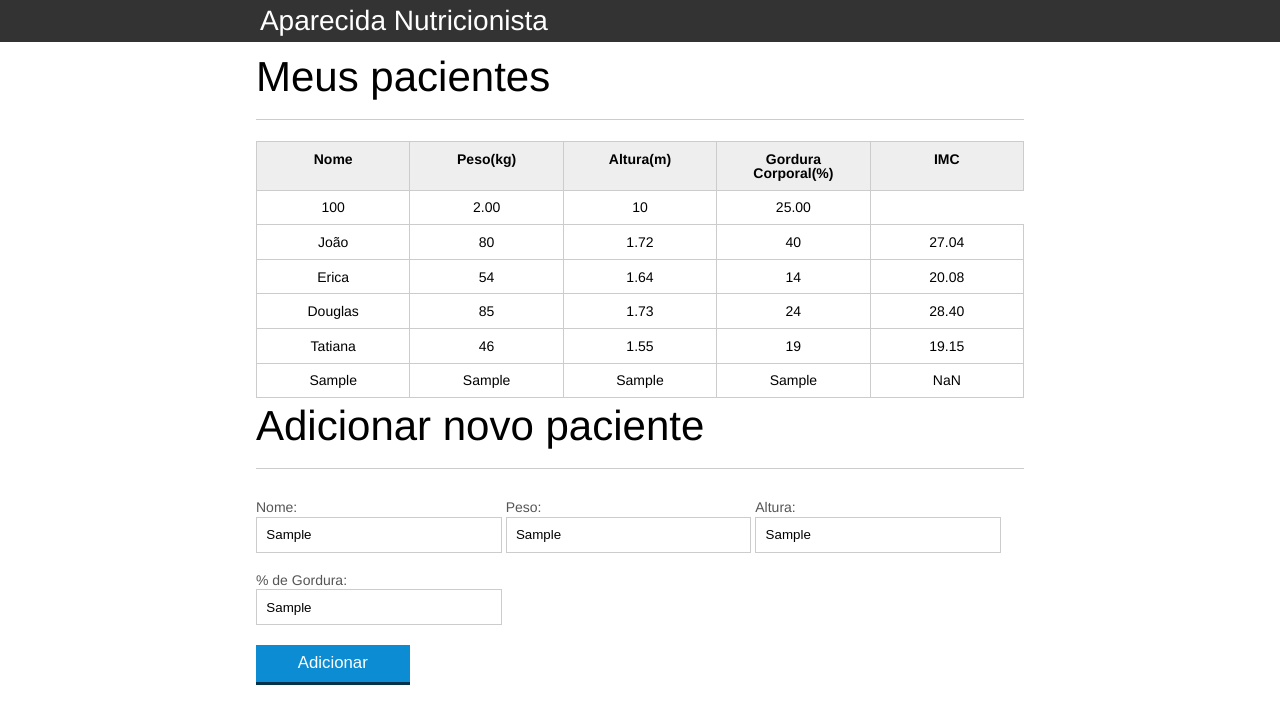
Repository: GabbLps/Controle-de-Clientes-Alura
Page: index.html
An editor plug-in stored every save of this project. The page is shown before and after the next save, followed by the edit.
The browser window is 1280 px wide. The pictures show the whole page.
Empty fields were first filled with sample values (such as "Sample", 5 or name@example.com).
After loading, the first visible `#adicionar-paciente` was clicked once.

Above is the page before, as saved 2022-05-09 12:13:30.

### index.html
<!DOCTYPE html>
<html lang="pt-br">
	<head>
		<meta charset="UTF-8">
		<title>Aparecida Nutrição</title>
		<link rel="icon" href="favicon.ico" type="image/x-icon">
		<link rel="stylesheet" type="text/css" href="css/reset.css">
		<link rel="stylesheet" type="text/css" href="css/index.css">

	</head>
	<body>

		<header>
			<div class="container">
				<h1 class="titulo">Aparecida Nutrição</h1>
			</div>
		</header>
		<main>
			<section class="container">
				<h2>Meus pacientes</h2>
				<table>
					<thead>
						<tr>
							<th>Nome</th>
							<th>Peso(kg)</th>
							<th>Altura(m)</th>
							<th>Gordura Corporal(%)</th>
							<th>IMC</th>
						</tr>
					</thead>
					<tbody id="tabela-pacientes">
						<tr class="paciente" id="primeiro-paciente" >
							<td class="info-nome">Paulo</td>
							<td class="info-peso">100</td>
							<td class="info-altura">2.00</td>
							<td class="info-gordura">10</td>
							<td class="info-imc">0</td>
						</tr>

						<tr class="paciente" >
							<td class="info-nome">João</td>
							<td class="info-peso">80</td>
							<td class="info-altura">1.72</td>
							<td class="info-gordura">40</td>
							<td class="info-imc">0</td>
						</tr>

						<tr class="paciente" >
							<td class="info-nome">Erica</td>
							<td class="info-peso">54</td>
							<td class="info-altura">1.64</td>
							<td class="info-gordura">14</td>
							<td class="info-imc">0</td>
						</tr>

						<tr class="paciente">
							<td class="info-nome">Douglas</td>
							<td class="info-peso">85</td>
							<td class="info-altura">1.73</td>
							<td class="info-gordura">24</td>
							<td class="info-imc">0</td>
						</tr>
						<tr class="paciente" >
							<td class="info-nome">Tatiana</td>
							<td class="info-peso">46</td>
							<td class="info-altura">1.55</td>
							<td class="info-gordura">19</td>
							<td class="info-imc">0</td>
						</tr>
					</tbody>
				</table>

			</section>
		</main>

		<section class="container">
			<h2 id="titulo-form">Adicionar novo paciente</h2>
			<form id="form-adiciona">
				<div class="grupo">
					<label for="nome">Nome:</label>
					<input id="nome" name="nome" type="text" placeholder="Digite o nome do seu paciente" class="campo">
				</div>
				<div class="grupo">
					<label for="peso">Peso:</label>
					<input id="peso" name="peso" type="text" placeholder="Digite o peso do seu paciente" class="campo campo-medio">
				</div>
				<div class="grupo">
					<label for="altura">Altura:</label>
					<input id="altura" name="altura" type="text" placeholder="Digite a altura do seu paciente" class="campo campo-medio">
				</div>
				<div class="grupo">
					<label for="gordura">% de Gordura:</label>
					<input id="gordura" type="text" placeholder="Digite a porcentagem de gordura do seu paciente" class="campo campo-medio">
				</div>

				<button id="adicionar-paciente" class="botao bto-principal">Adicionar</button>
			</form>
		</section>

		<script src="js/calcula-imc.js"></script>
		<script src="js/form.js"></script>
	</body>
</html>

### css/index.css
*{
	box-sizing: border-box;
 }

body{
	font-family: "Helvetica Neue", "Helvetica", Helvetica, Arial, sans-serif;
	font-size: 14px;
}

header{
	background-color: #333;
	height: 3em;
	color: #FFF;
	margin-bottom: 1em;
}

header h1{
	font-size: 2em;
	display:inline-block;
	vertical-align:	middle;
}
header h2{
	font-size: 2em;
	display:inline-block;
	vertical-align:	middle;
}

header .container:before{
	content: '';
	display:inline-block;
	height: 100%;
	vertical-align:	middle;
}

.container{
	width: 60%;
	height: 100%;
	margin: 0 auto;
}

section{
	margin: 2em 0;
	overflow: hidden;
}

section h2{
	font-size: 3em;
	display: block;
	padding-bottom: .5em;
	border-bottom: 1px solid #ccc;
	margin-bottom: .5em;
}

table{
	width: 100%;
	margin-bottom : .5em;
    table-layout: fixed;

}

td, th {
	padding: .7em;
	margin: 0;
	border: 1px solid #ccc;
	text-align: center;
}

th{
	font-weight: bold;
	background-color: #EEE;
}

label{
	color: #555;
	display: block;
	margin-bottom: .2em;
}

.campo{
	margin: 0;
	padding-bottom: 1em;
	width: 100%;
	border: 1px solid #ccc;
	padding: .7em;
	width: 100%;
}

.campo-medio{
	display: inline-block;
	padding-right: .5em;
}

.grupo{
	width: 32%;
	display: inline-block;
	padding: 10px 0px;
}

button{
	padding: .5em 2em;
	border: 0;
	border-bottom: 3px solid;
	font-size: 1.2em;
	cursor: pointer;
	margin: 0;
	margin-top: -3px;
	color: #fff;
	background-color:#0c8cd3;
	border-color: #04324c;
	width: 20%;
    display: block;
    clear: both;
    margin: 10px 0px;

}

button:active{
	margin-top:0px;
	border: 0;
}

button[disabled=disabled], button:disabled {
    background-color: gray;
	border-color: darkgray;

}

.adicionar-paciente{
    margin-top: 30px;
}

.campo-invalido{
	border: 1px solid red;
}

#mensagem-erro{
	color:red;
}

.paciente-invalido {
	background-color: lightcoral;
}

### js/calcula-imc.js
var titulo = document.querySelector(".titulo");
titulo.textContent = "Aparecida Nutricionista";

var pacientes = document.querySelectorAll(".paciente");

for(var i = 0;i < pacientes.length; i++) {

    var paciente = pacientes[i];

    var tdPeso = paciente.querySelector(".info-peso");
    var peso = tdPeso.textContent;

    var tdAltura = paciente.querySelector(".info-altura");
    var altura = tdAltura.textContent;

    var tdImc = paciente.querySelector(".info-imc");

    var pesoEhValido = true;
    var alturaEhValida = true;

    if(peso <= 0 || peso >= 1000) {
        console.log("Peso inválido!")
        pesoEhValido = false;
        tdImc.textContent = "Peso inválido!"
        paciente.classList.add("paciente-invalido");
    }

    if(altura <= 0 || altura >= 3) {
        console.log("Altura inválida!")
        pesoEhValido = false;
        tdImc.textContent = "Altura inválida!";
        paciente.classList.add("paciente-invalido");
    }

    if(pesoEhValido && alturaEhValida) {
        var imc = calculaImc(peso,altura);
        tdImc.textContent = imc;
    }
}

function calculaImc(peso,altura) {
    var imc = 0;

    imc = peso / (altura*altura);

    return imc.toFixed(2);
}

### js/form.js
var botaoAdicionar = document.querySelector("#adicionar-paciente");
botaoAdicionar.addEventListener("click", function(event) {
    event.preventDefault();

    var form = document.querySelector("#form-adiciona");

    //  Extraindo informações do paciente form
    var paciente = obtemPacienteDoFormulario(form);

    //  Cria a tr a td do paciente
    var pacienteTr = montaTr(paciente);

    //  Adicionando paciente na tabela
    var tabela = document.querySelector("#tabela-pacientes");

    tabela.appendChild(pacienteTr);
});

function obtemPacienteDoFormulario(form) {

    var paciente = {
        nome: form.nome.value,
        peso: form.peso.value,
        altura: form.altura.value,
        gordura: form.gordura.value,
        imc: calculaImc(form.peso.value, form.altura.value)
    }

    return paciente;
}

function montaTr(paciente){
    var pacienteTr = document.createElement("tr");
    pacienteTr.classList.add("paciente");

    var nomeTd = montaTd(paciente.nome,"info-nome");
    var pesoTd = document.createElement("td");
    var alturaTd = document.createElement("td");
    var gorduraTd = document.createElement("td");
    var imcTd = document.createElement("td");

    nomeTd.textContent = paciente.nome;
    pesoTd.textContent = paciente.peso;
    alturaTd.textContent = paciente.altura;
    gorduraTd.textContent = paciente.gordura;
    imcTd.textContent = paciente.imc;

    pacienteTr.appendChild(nomeTd);   // Adiciona nomeTd dentro da Tr
    nomeTd.classList.add("info-nome");// Adiciona a classe info-name no nomeTd

    pacienteTr.appendChild(pesoTd);
    pesoTd.classList.add("info-peso");

    pacienteTr.appendChild(alturaTd);
    alturaTd.classList.add("info-altura");

    pacienteTr.appendChild(gorduraTd);
    gorduraTd.classList.add("info-gordura");

    pacienteTr.appendChild(imcTd);
    imcTd.classList.add("info-imc");

    return pacienteTr
}

function montaTd(dado,classe) {
    var td = document.querySelector("td");
    td.textContent = dado;
    td.classList.add(classe);

    return td;
}

Loaded but not shown: css/reset.css (common file)

After the next save:
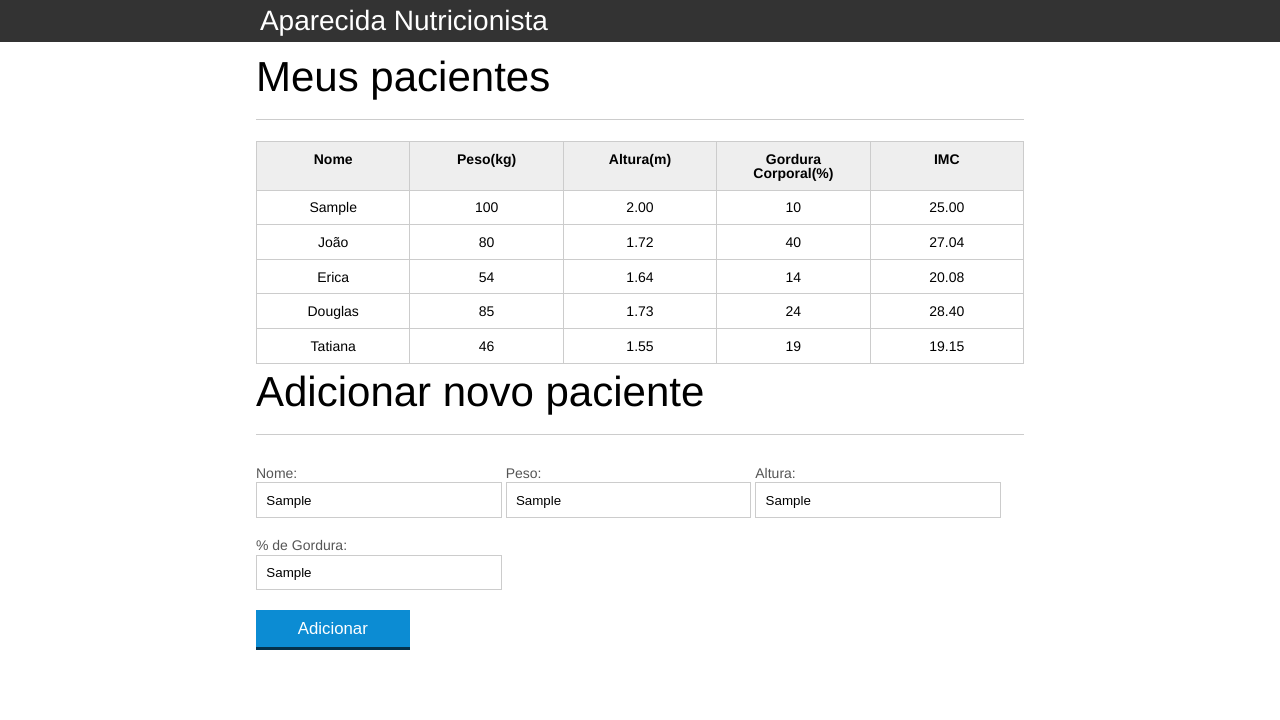
Console error: ReferenceError: classe is not defined
Saved 87 s later.
--- a/js/form.js
+++ b/js/form.js
@@ -34,12 +34,11 @@
     pacienteTr.classList.add("paciente");
 
     var nomeTd = montaTd(paciente.nome,"info-nome");
-    var pesoTd = document.createElement("td");
-    var alturaTd = document.createElement("td");
-    var gorduraTd = document.createElement("td");
-    var imcTd = document.createElement("td");
+    var pesoTd = montaTd(paciente.peso,classe);
+    var alturaTd = montaTd(paciente.altura,classe);
+    var gorduraTd = montaTd(dado,classe);
+    var imcTd = montaTd(dado,classe);
 
-    nomeTd.textContent = paciente.nome;
     pesoTd.textContent = paciente.peso;
     alturaTd.textContent = paciente.altura;
     gorduraTd.textContent = paciente.gordura;

After the 2 saves that followed:
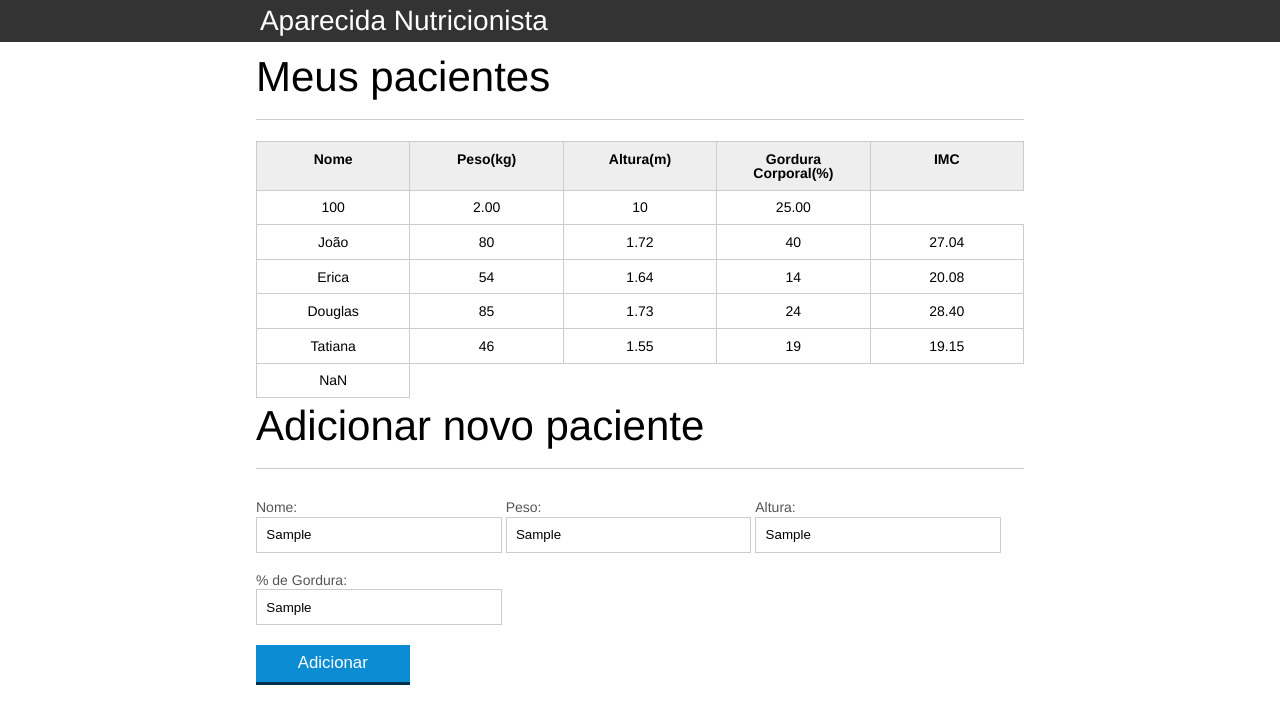
The error is gone.
The 2 saves are shown as one change because 1 left the picture as it was.
The last was saved 57 s later.
--- a/js/form.js
+++ b/js/form.js
@@ -34,15 +34,10 @@
     pacienteTr.classList.add("paciente");
 
     var nomeTd = montaTd(paciente.nome,"info-nome");
-    var pesoTd = montaTd(paciente.peso,classe);
-    var alturaTd = montaTd(paciente.altura,classe);
-    var gorduraTd = montaTd(dado,classe);
-    var imcTd = montaTd(dado,classe);
-
-    pesoTd.textContent = paciente.peso;
-    alturaTd.textContent = paciente.altura;
-    gorduraTd.textContent = paciente.gordura;
-    imcTd.textContent = paciente.imc;
+    var pesoTd = montaTd(paciente.peso,"info-peso");
+    var alturaTd = montaTd(paciente.altura,"info-altura");
+    var gorduraTd = montaTd(paciente.gordura,"info-gordura");
+    var imcTd = montaTd(paciente.imc,"info-imc");
 
     pacienteTr.appendChild(nomeTd);   // Adiciona nomeTd dentro da Tr
     nomeTd.classList.add("info-nome");// Adiciona a classe info-name no nomeTd
